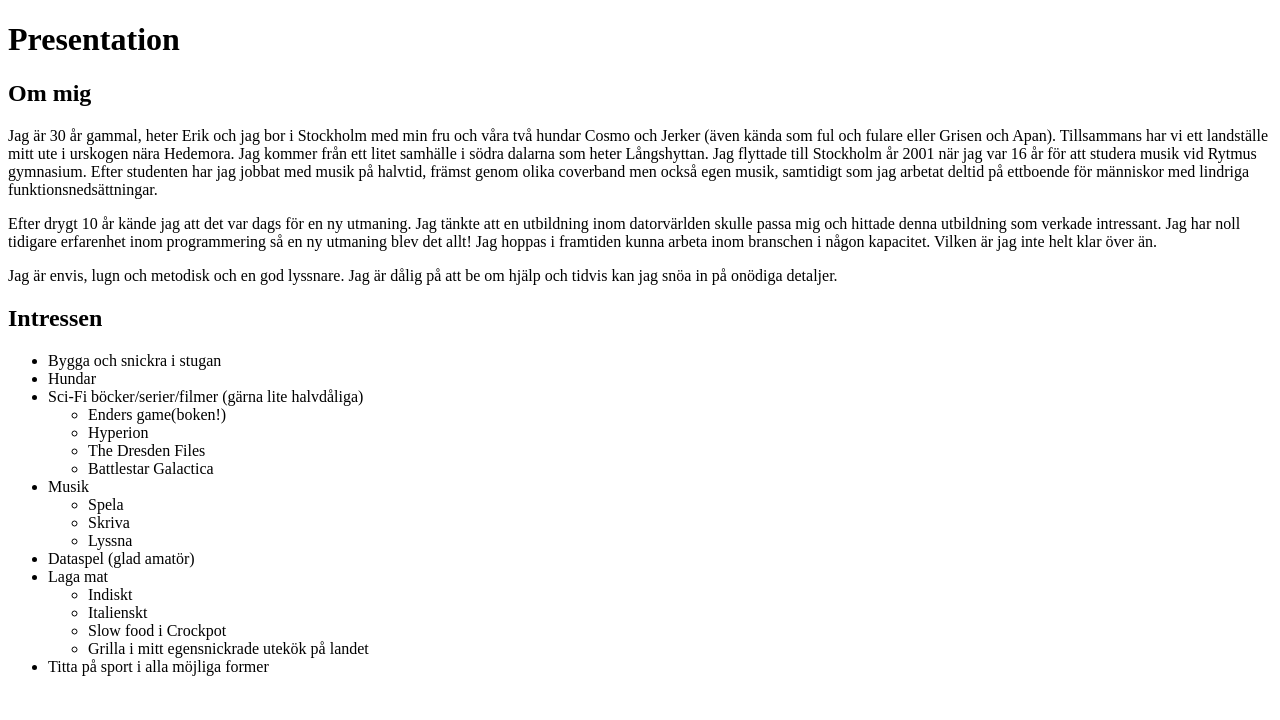
Repository: em222mt/1IK415_em222mt
Page: pages/presentation.html
The author's editor kept a record of every edit. The page is drawn from the files as they stood at one moment, then again after the next edit.
The browser window is 1280 px wide. The pictures show the whole page.

Above is the page before.

### pages/presentation.html
<!doctype html>
<html>
    <html lang="sv">

    <head>
       <meta charset="utf-8">
        <title>Min första sida</title>
    </head>

    <!-- Startpunkt -->

    <body>
        <h1>Presentation</h1>

        <h2>Om mig</h2>
            <p>Jag är 30 år gammal, heter Erik och jag bor i Stockholm med min fru och våra två hundar Cosmo och Jerker (även kända som ful och fulare eller Grisen och Apan). Tillsammans har vi ett landställe mitt ute i urskogen nära Hedemora. Jag kommer från ett litet samhälle i södra dalarna som heter Långshyttan. Jag flyttade till Stockholm år 2001 när jag var 16 år för att studera musik vid Rytmus gymnasium. Efter studenten har jag jobbat med musik på halvtid, främst genom olika coverband men också egen musik, samtidigt som jag arbetat deltid på ettboende för människor med lindriga funktionsnedsättningar.
            </p>
            <p>Efter drygt 10 år kände jag att det var dags för en ny utmaning. Jag tänkte att en utbildning inom datorvärlden skulle passa mig och hittade denna utbildning som verkade intressant. Jag har noll tidigare erfarenhet inom programmering så en ny utmaning blev det allt! Jag hoppas i framtiden kunna arbeta inom branschen i någon kapacitet. Vilken är jag inte helt klar över än.
            </p>
            <p>Jag är envis, lugn och metodisk och en god lyssnare. Jag är dålig på att be om hjälp och tidvis kan jag snöa in på onödiga detaljer.
            </p>

        <h2>Intressen</h2>

            <ul>
                <li>Bygga och snickra i stugan</li>
                <li>Hundar</li>
                <li>Sci-Fi böcker/serier/filmer (gärna lite halvdåliga)</li>
                    <ul>
                        <li>Enders game(boken!)</li>
                        <li>Hyperion</li>
                        <li>The Dresden Files</li>
                        <li>Battlestar Galactica</li>
                    </ul>
                <li>Musik</li>
                    <ul>
                        <li>Spela</li>
                        <li>Skriva</li>
                        <li>Lyssna</li>
                    </ul>
                <li>Dataspel (glad amatör)</li>
                <li>Laga mat</li>
                    <ul>
                        <li>Indiskt</li>
                        <li>Italienskt</li>
                        <li>Slow food i Crockpot</li>
                        <li>Grilla i mitt egensnickrade utekök på landet</li>
                    </ul>
                <li>Titta på sport i alla möjliga former</li>
            </ul>

    </body>
</html>

After the next edit:
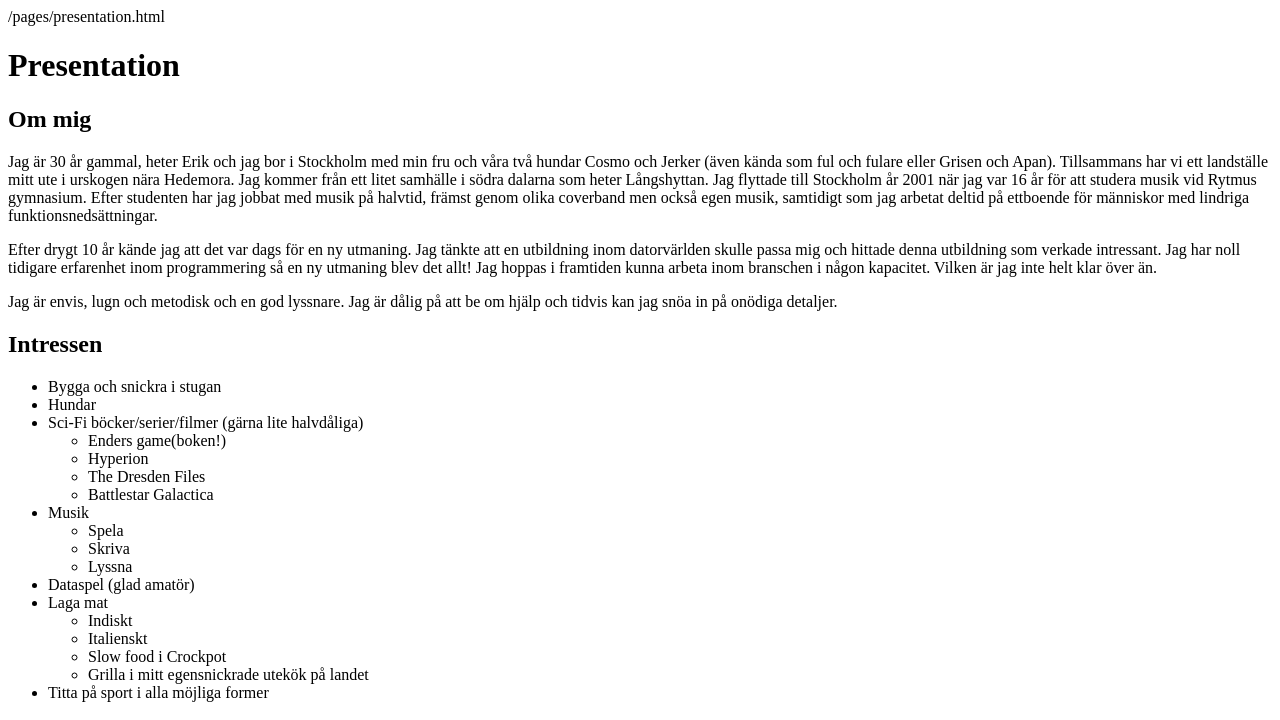
The edit:
--- a/pages/presentation.html
+++ b/pages/presentation.html
@@ -1,4 +1,4 @@
-<!doctype html>
+<!doctype html>/pages/presentation.html
 <html>
     <html lang="sv">
 
